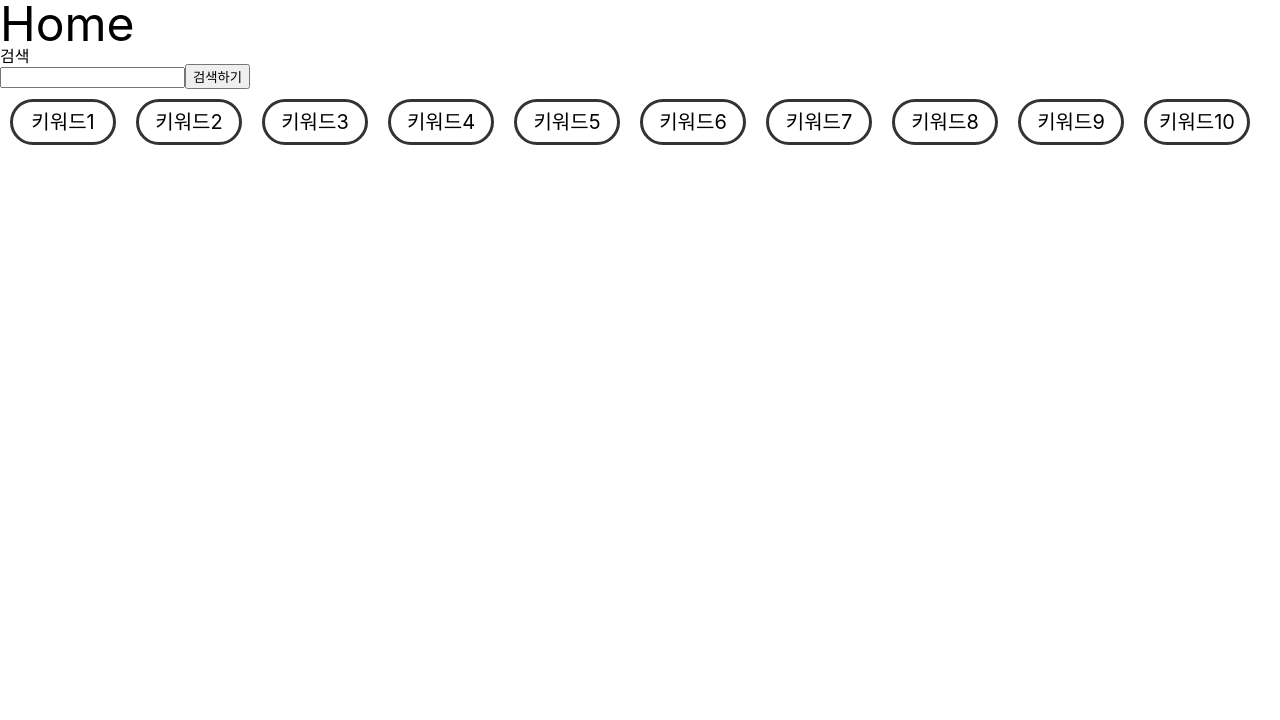
Repository: sunoo-lee/Star-Explore
Page: /
An editor plug-in stored every save of this project. The page is shown before and after the next save, followed by the edit.
The browser window is 1280 px wide. The pictures show the whole page.
The project was rebuilt for these pictures with package versions that can differ from the ones it lists, and the page was loaded fresh each time.

Above is the page before, as saved 2022-10-14 03:17:23.

### src/index.js
import React from "react";
import ReactDOM from "react-dom/client";
import "./reset.css";
import "./Style.css";
import App from "./components/App";
// import reportWebVitals from "./reportWebVitals";

const root = ReactDOM.createRoot(document.getElementById("root"));
root.render(
  <React.StrictMode>
    <App />
  </React.StrictMode>
);

// reportWebVitals();

### src/Style.css
body {
  margin: 0;
  font-family: -apple-system, BlinkMacSystemFont, "Segoe UI", "Roboto", "Oxygen",
    "Ubuntu", "Cantarell", "Fira Sans", "Droid Sans", "Helvetica Neue",
    sans-serif;
  -webkit-font-smoothing: antialiased;
  -moz-osx-font-smoothing: grayscale;
}

code {
  font-family: source-code-pro, Menlo, Monaco, Consolas, "Courier New",
    monospace;
}

h1 {
  font-size: 3rem;
}
.keyword ul {
  display: flex;
}
.keyword ul li {
  margin: 10px;
}
.keyword ul li span {
  display: inline-block;
  font-size: 20px;
  width: 100px;
  height: 40px;
  line-height: 40px;
  text-align: center;
  border: 3px solid #333333;
  border-radius: 25px;
}

### src/components/App.js
import AppRouter from "./Router";

function App() {
  return (
    <>
      <AppRouter />
    </>
  );
}

export default App;

### src/components/Router.js
import { HashRouter as Router, Route, Routes } from "react-router-dom";
import Home from "../routes/Home";

const AppRouter = () => {
  return (
    <Router>
      <Routes>
        <Route exact path="/" element={<Home />} />
      </Routes>
    </Router>
  );
};

export default AppRouter;

### src/routes/Home.js
import React from "react";

const Home = () => {
  return (
    <div>
      <h1>Home</h1>
      <div className="nav">
        <form>
          <div>검색</div>
          <input type="text" />
          <button>검색하기</button>
        </form>
        <div className="keyword">
          <ul>
            <li>
              <span>키워드1</span>
            </li>
            <li>
              <span>키워드2</span>
            </li>
            <li>
              <span>키워드3</span>
            </li>
            <li>
              <span>키워드4</span>
            </li>
            <li>
              <span>키워드5</span>
            </li>
            <li>
              <span>키워드6</span>
            </li>
            <li>
              <span>키워드7</span>
            </li>
            <li>
              <span>키워드8</span>
            </li>
            <li>
              <span>키워드9</span>
            </li>
            <li>
              <span>키워드10</span>
            </li>
          </ul>
        </div>
      </div>
    </div>
  );
};

export default Home;

Loaded but not shown: public/index.html (common file); src/reset.css (common file)

After the next save:
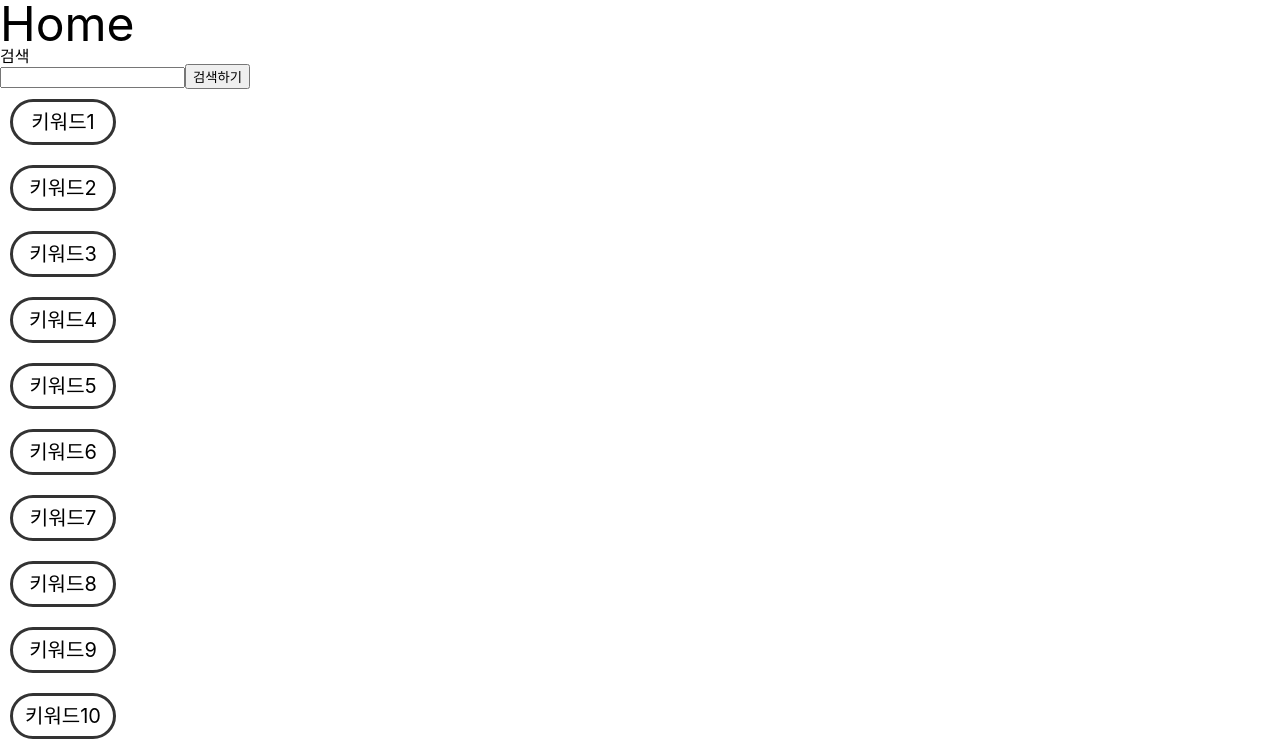
Saved 66 s later.
--- a/src/Style.css
+++ b/src/Style.css
@@ -16,7 +16,7 @@ h1 {
   font-size: 3rem;
 }
 .keyword ul {
-  display: flex;
+  display: grid;
 }
 .keyword ul li {
   margin: 10px;
